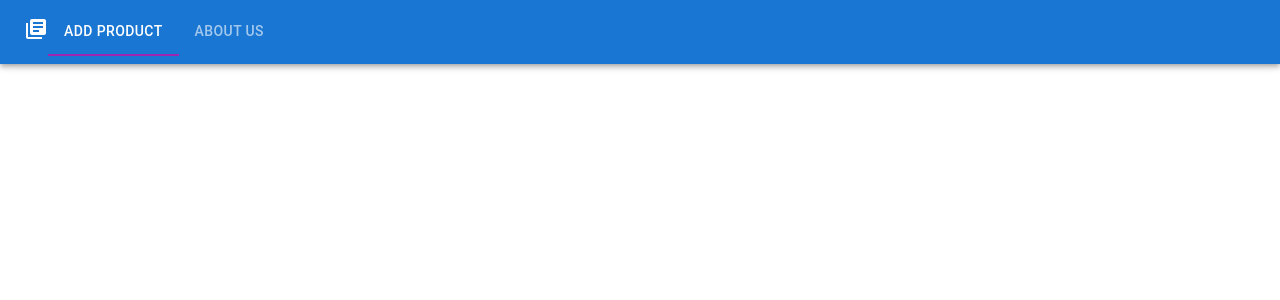
Repository: CydexCode/Book_Store_App-MERN-Stack
Page: / (app in book-store/)
An editor plug-in stored every save of this project. The page is shown before and after a run of saves, followed by the edit.
The browser window is 1280 px wide. The pictures show the whole page.
The project was rebuilt for these pictures with package versions that can differ from the ones it lists, and the page was loaded fresh each time.

Above is the page before, as saved 2022-09-08 03:23:04.

### book-store/src/App.js
import Header from "./components/Header";

function App() {
  return (
    <div>
    <Header />
    </div>
  );
}

export default App;

### book-store/src/components/Header.js
import React from 'react';
import { AppBar, Tab, Tabs, Toolbar, Typography } from "@mui/material";
import LibraryBooksIcon from '@mui/icons-material/LibraryBooks';
const Header = () => {
  return (
    <div>
      <AppBar position='sticky'>
<Toolbar>
<Typography>
            <LibraryBooksIcon />
            </Typography>

            <Tabs textColor="inherit" indicatorColor="secondary" value={0}>
                <Tab label="Add product" />
                <Tab label="About Us" />
            </Tabs>

</Toolbar>
      </AppBar>
    </div>
  );
};

export default Header;

Loaded but not shown: book-store/public/index.html (common file); book-store/src/index.js (common file); book-store/src/index.css (common file)

After the next 2 saves:
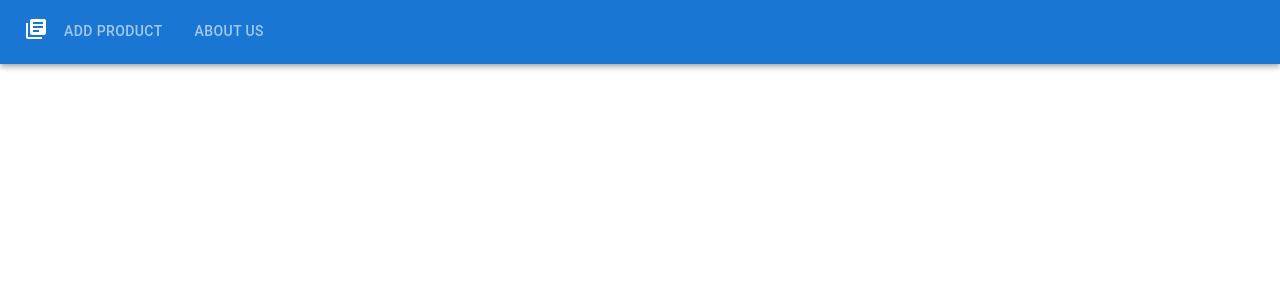
The 2 saves are shown as one change because 1 did not build or start.
The last was saved 5 min 33 s later.
--- a/book-store/src/components/Header.js
+++ b/book-store/src/components/Header.js
@@ -1,7 +1,8 @@
-import React from 'react';
+import React, { useState } from 'react';
 import { AppBar, Tab, Tabs, Toolbar, Typography } from "@mui/material";
 import LibraryBooksIcon from '@mui/icons-material/LibraryBooks';
 const Header = () => {
+    const [value, setValue] = useState();
   return (
     <div>
       <AppBar position='sticky'>
@@ -10,7 +11,7 @@ const Header = () => {
             <LibraryBooksIcon />
             </Typography>
 
-            <Tabs textColor="inherit" indicatorColor="secondary" value={0}>
+            <Tabs textColor="inherit" indicatorColor="secondary" value={value} onChange={(e,val) =>setValue(val)}>
                 <Tab label="Add product" />
                 <Tab label="About Us" />
             </Tabs>
